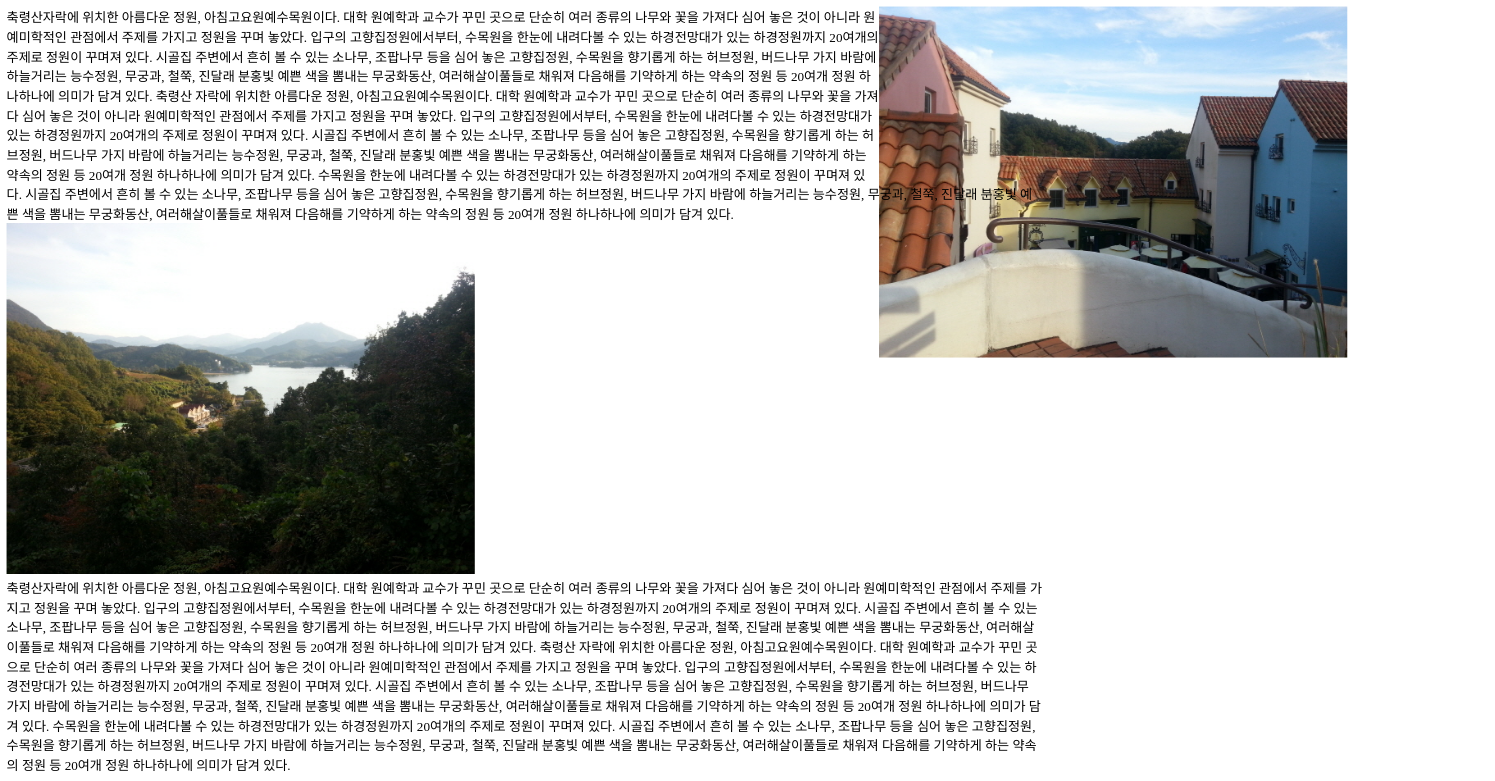
Repository: insunkang/JSP
Page: clientweb/WebContent/css/css_float_test02.html
The author's editor kept a copy of each file at every save. The page is drawn from the files as they stood at one save, then again after the next save.
The browser window is 1280 px wide. The page is 1643 px wide, then 1823 px, so the pictures cover 1823 px, including what lies to the right of the window. The pictures show the whole page, at 82% of full size.

Above is the page before, as saved 2020-01-06 01:34:40.

### clientweb/WebContent/css/css_float_test02.html
<!DOCTYPE html>
<html>
<head>
	<meta http-equiv="Content-Type" content="text/html; charset=EUC-KR">
	<title>Insert title here</title>
		<style type="text/css">
			#src1{
			width: 200px;
			height: 200px;
			float: right;

			}

		</style>
</head>
<body>

	<div id="src1">
	<img src="../images/m_garden01.jpg"/>
	</div>


	<div id="contents1">
	축령산자락에 위치한 아름다운 정원, 아침고요원예수목원이다. 대학 원예학과 교수가 꾸민 곳으로 단순히 여러 종류의 나무와 꽃을 가져다
	심어 놓은 것이 아니라 원예미학적인 관점에서 주제를 가지고 정원을 꾸며 놓았다. 입구의 고향집정원에서부터, 수목원을 한눈에
	내려다볼 수 있는 하경전망대가 있는 하경정원까지 20여개의 주제로 정원이 꾸며져 있다. 시골집 주변에서 흔히 볼 수 있는
	소나무, 조팝나무 등을 심어 놓은 고향집정원, 수목원을 향기롭게 하는 허브정원, 버드나무 가지 바람에 하늘거리는 능수정원,
	무궁과, 철쭉, 진달래 분홍빛 예쁜 색을 뽐내는 무궁화동산, 여러해살이풀들로 채워져 다음해를 기약하게 하는 약속의 정원 등
	20여개 정원 하나하나에 의미가 담겨 있다. 축령산 자락에 위치한 아름다운 정원, 아침고요원예수목원이다. 대학 원예학과 교수가
	꾸민 곳으로 단순히 여러 종류의 나무와 꽃을 가져다 심어 놓은 것이 아니라 원예미학적인 관점에서 주제를 가지고 정원을 꾸며
	놓았다. 입구의 고향집정원에서부터, 수목원을 한눈에 내려다볼 수 있는 하경전망대가 있는 하경정원까지 20여개의 주제로 정원이
	꾸며져 있다. 시골집 주변에서 흔히 볼 수 있는 소나무, 조팝나무 등을 심어 놓은 고향집정원, 수목원을 향기롭게 하는 허브정원,
	버드나무 가지 바람에 하늘거리는 능수정원, 무궁과, 철쭉, 진달래 분홍빛 예쁜 색을 뽐내는 무궁화동산, 여러해살이풀들로 채워져
	다음해를 기약하게 하는 약속의 정원 등 20여개 정원 하나하나에 의미가 담겨 있다. 수목원을 한눈에 내려다볼 수 있는
	하경전망대가 있는 하경정원까지 20여개의 주제로 정원이 꾸며져 있다. 시골집 주변에서 흔히 볼 수 있는 소나무, 조팝나무 등을
	심어 놓은 고향집정원, 수목원을 향기롭게 하는 허브정원, 버드나무 가지 바람에 하늘거리는 능수정원, 무궁과, 철쭉, 진달래
	분홍빛 예쁜 색을 뽐내는 무궁화동산, 여러해살이풀들로 채워져 다음해를 기약하게 하는 약속의 정원 등 20여개 정원 하나하나에
	의미가 담겨 있다.
	</div>


	<div id="src2">
	<img src="../images/m_garden02.jpg"/>
	</div>


	<div id="contents2">
	축령산자락에 위치한 아름다운 정원, 아침고요원예수목원이다. 대학 원예학과 교수가 꾸민 곳으로 단순히 여러 종류의 나무와 꽃을 가져다
	심어 놓은 것이 아니라 원예미학적인 관점에서 주제를 가지고 정원을 꾸며 놓았다. 입구의 고향집정원에서부터, 수목원을 한눈에
	내려다볼 수 있는 하경전망대가 있는 하경정원까지 20여개의 주제로 정원이 꾸며져 있다. 시골집 주변에서 흔히 볼 수 있는
	소나무, 조팝나무 등을 심어 놓은 고향집정원, 수목원을 향기롭게 하는 허브정원, 버드나무 가지 바람에 하늘거리는 능수정원,
	무궁과, 철쭉, 진달래 분홍빛 예쁜 색을 뽐내는 무궁화동산, 여러해살이풀들로 채워져 다음해를 기약하게 하는 약속의 정원 등
	20여개 정원 하나하나에 의미가 담겨 있다. 축령산 자락에 위치한 아름다운 정원, 아침고요원예수목원이다. 대학 원예학과 교수가
	꾸민 곳으로 단순히 여러 종류의 나무와 꽃을 가져다 심어 놓은 것이 아니라 원예미학적인 관점에서 주제를 가지고 정원을 꾸며
	놓았다. 입구의 고향집정원에서부터, 수목원을 한눈에 내려다볼 수 있는 하경전망대가 있는 하경정원까지 20여개의 주제로 정원이
	꾸며져 있다. 시골집 주변에서 흔히 볼 수 있는 소나무, 조팝나무 등을 심어 놓은 고향집정원, 수목원을 향기롭게 하는 허브정원,
	버드나무 가지 바람에 하늘거리는 능수정원, 무궁과, 철쭉, 진달래 분홍빛 예쁜 색을 뽐내는 무궁화동산, 여러해살이풀들로 채워져
	다음해를 기약하게 하는 약속의 정원 등 20여개 정원 하나하나에 의미가 담겨 있다. 수목원을 한눈에 내려다볼 수 있는
	하경전망대가 있는 하경정원까지 20여개의 주제로 정원이 꾸며져 있다. 시골집 주변에서 흔히 볼 수 있는 소나무, 조팝나무 등을
	심어 놓은 고향집정원, 수목원을 향기롭게 하는 허브정원, 버드나무 가지 바람에 하늘거리는 능수정원, 무궁과, 철쭉, 진달래
	분홍빛 예쁜 색을 뽐내는 무궁화동산, 여러해살이풀들로 채워져 다음해를 기약하게 하는 약속의 정원 등 20여개 정원 하나하나에
	의미가 담겨 있다.
	</div>

</body>
</html>

After the next save:
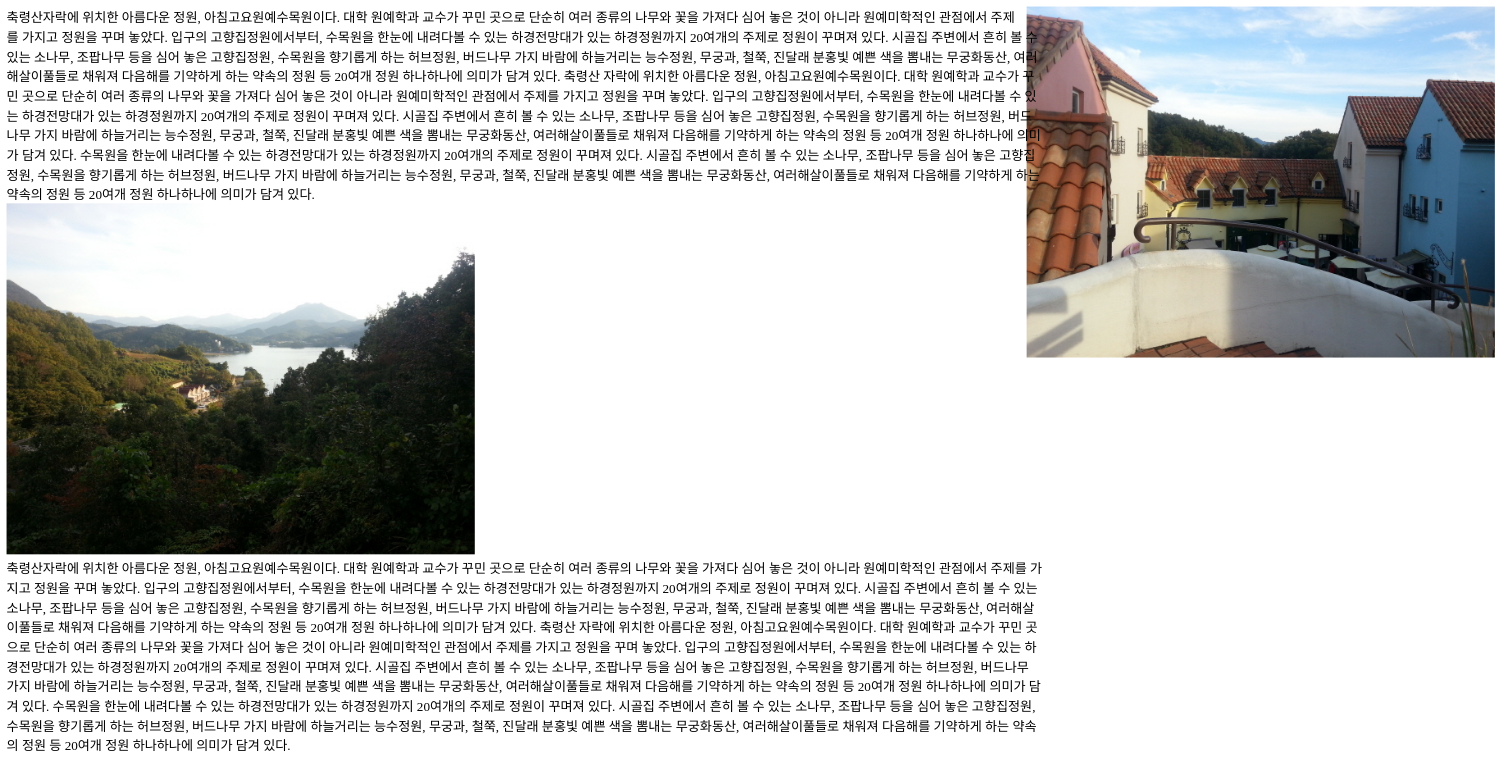
Saved 31 s later.
--- a/clientweb/WebContent/css/css_float_test02.html
+++ b/clientweb/WebContent/css/css_float_test02.html
@@ -5,8 +5,8 @@
 	<title>Insert title here</title>
 		<style type="text/css">
 			#src1{
-			width: 200px;
-			height: 200px;
+			width: 20px;
+			height: 20px;
 			float: right;
 
 			}
